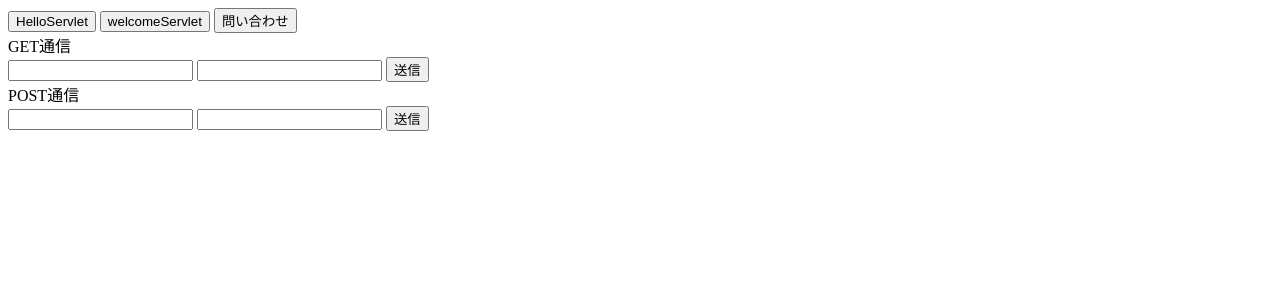
Repository: gjp373/test
Page: http://localhost/HelloServlet/
An editor plug-in stored every save of this project. The page is shown before and after the next save, followed by the edit.
The browser window is 1280 px wide. The pictures show the whole page.
The page is served by Tomcat 9.

Above is the page before, as saved 2018-03-08 02:21:42.

After the next save:
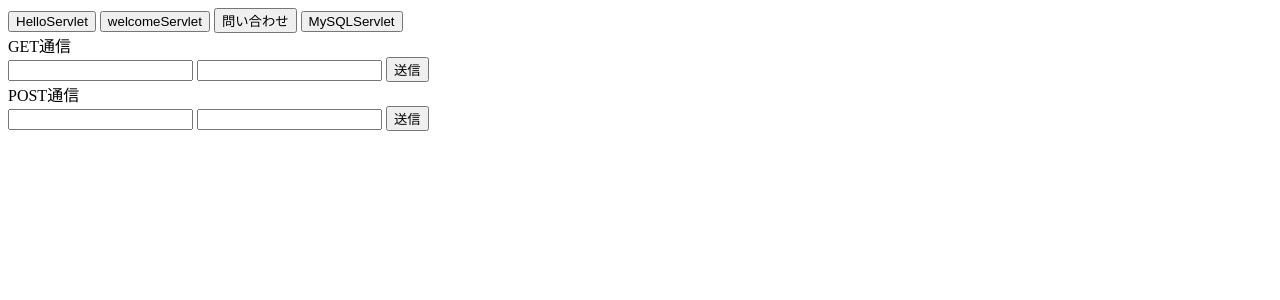
Console error (its wording comes from the project's code and is left out).
Saved 5 min 41 s later.
--- a/HelloServlet/WebContent/index.jsp
+++ b/HelloServlet/WebContent/index.jsp
@@ -16,6 +16,8 @@
 <input type="button" value="HelloServlet" onClick="location.href='HelloServlet'">
 <input type="button" value="welcomeServlet" onClick="location.href='welcome.jsp'">
 <input type="button" value="問い合わせ" onClick="location.href='inquiry.jsp'">
+<input type="button" value="MySQLServlet" onCLick=location.href='MySQLServlet'">
+
 
 <br>
 GET通信
